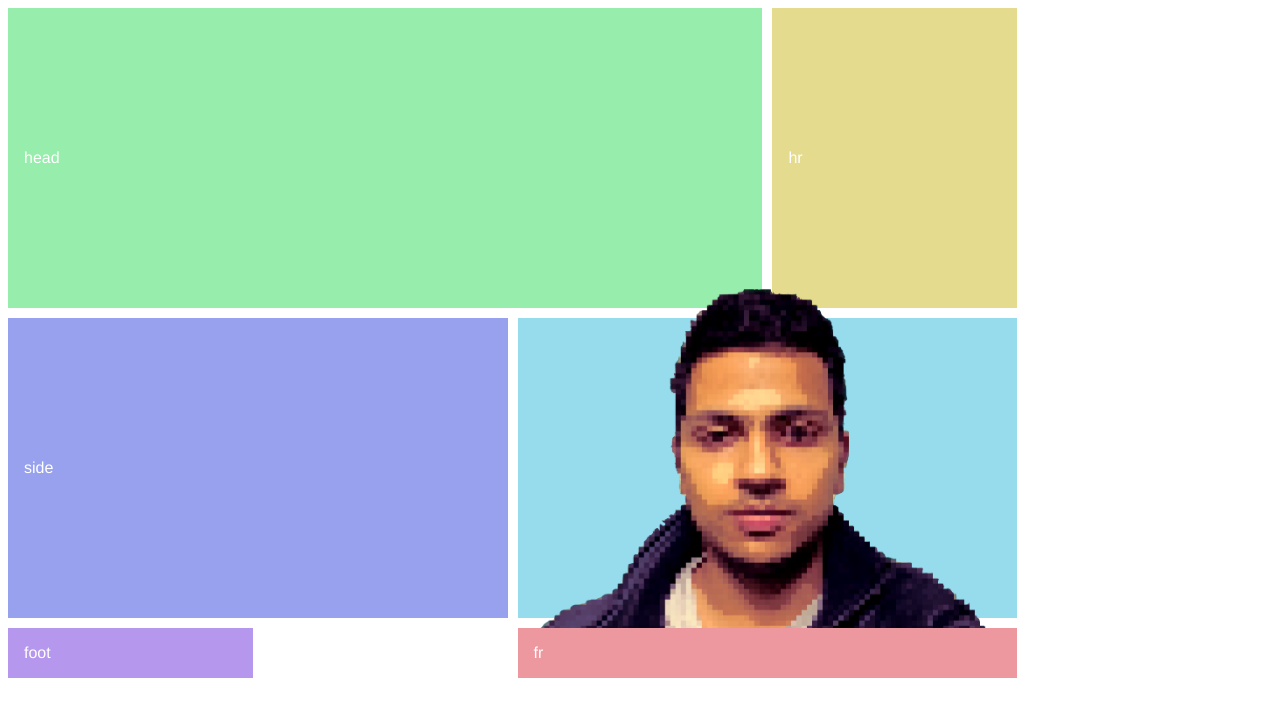
Repository: SamirIngley/html-semantic
Page: templates/grid.html
These files come from the project's save history. The page is drawn as it stood at one moment and after the next save; the edit follows.
The browser window is 1280 px wide. The pictures show the whole page.

Above is the page before, as saved 2020-02-06 07:18:36.

After the next save:
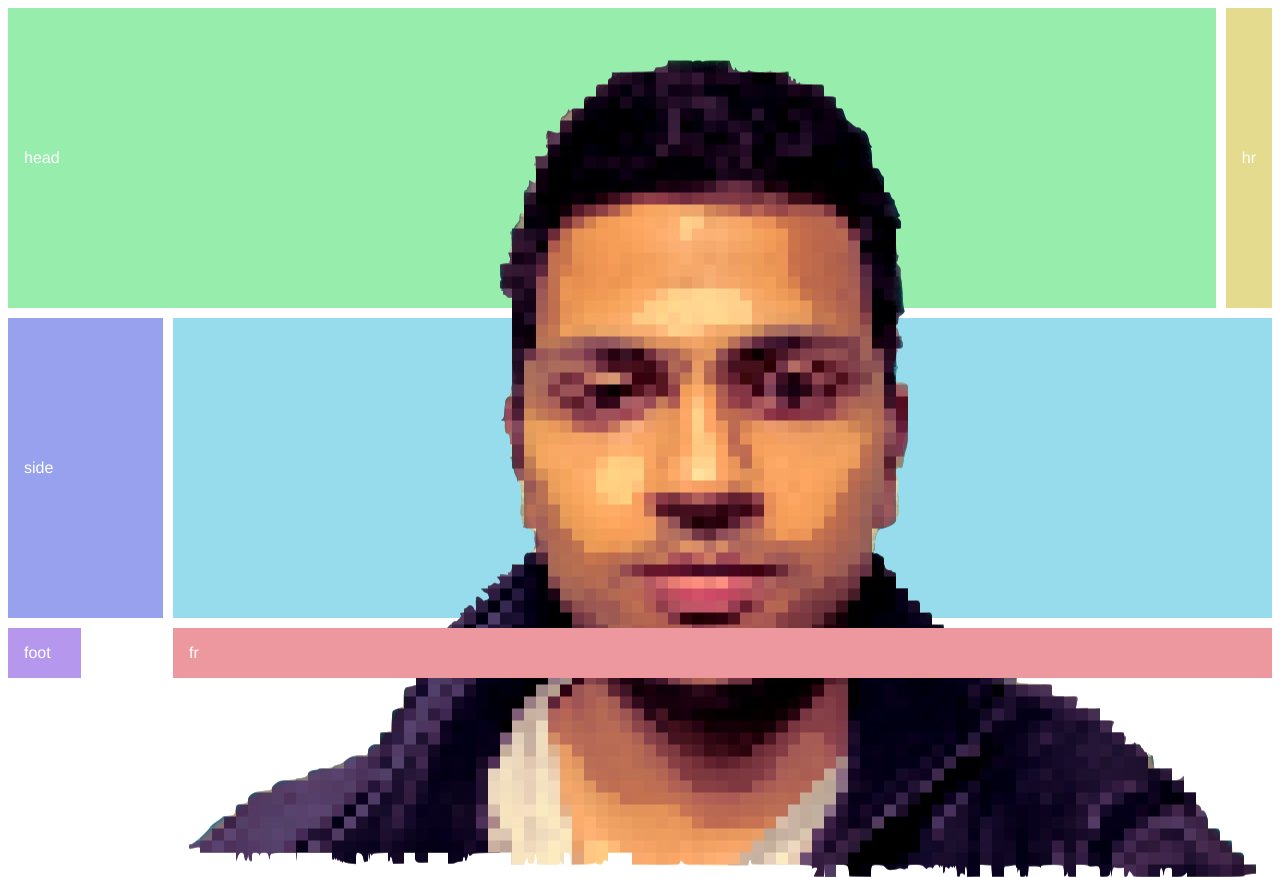
Saved 8 s later.
--- a/templates/grid.html
+++ b/templates/grid.html
@@ -34,7 +34,7 @@
   .wrapper {
     display: grid;
     grid-gap: 10px;
-    grid-template-columns: repeat(5, 1fr);
+    grid-template-columns: repeat(2, 1fr);
     grid-template-rows: 300px 300px;
     /*
     The named areas below define where elements with
